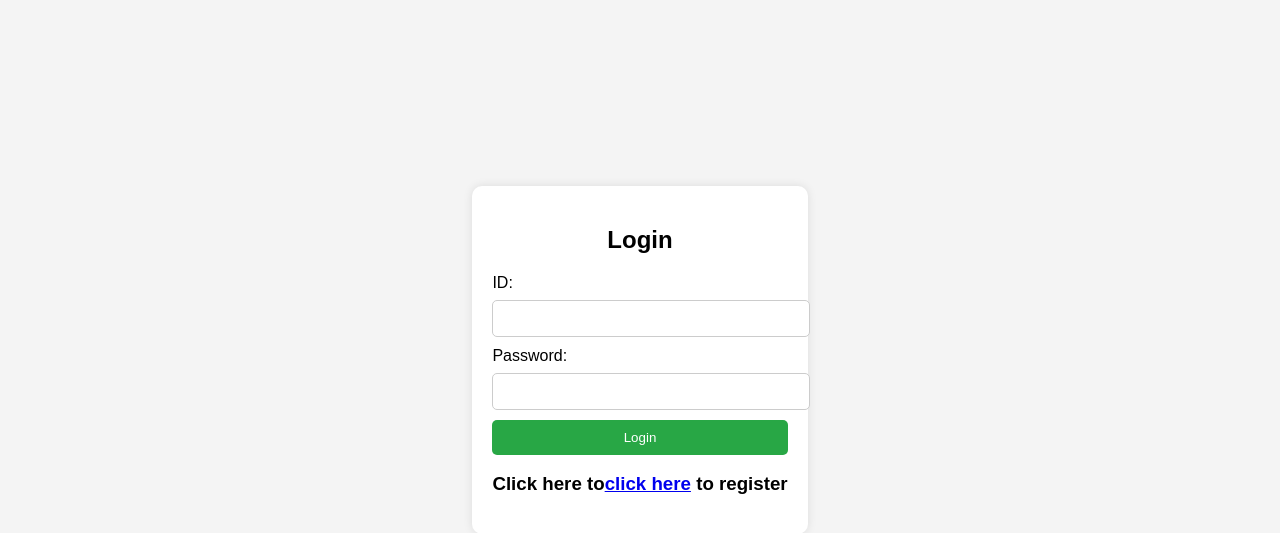
Repository: Madavahari/Servlets
Page: http://localhost/hms/login.jsp
An editor plug-in stored every save of this project. The page is shown before and after the next save, followed by the edit.
The browser window is 1280 px wide. The pictures show the whole page.
The page is served by Tomcat 9. Other server files are loaded and not shown.

Above is the page before, as saved 2024-10-17 12:48:19.

### servlets/hms/src/main/webapp/login.jsp
<%@ page language="java" contentType="text/html; charset=UTF-8"
    pageEncoding="UTF-8"%>
<!DOCTYPE html>
<html lang="en">
<head>
    <meta charset="UTF-8">
    <meta name="viewport" content="width=device-width, initial-scale=1.0">
    <title>Login Form</title>
    <style>
        body {
            font-family: Arial, sans-serif;
            background-color: #f4f4f4;
            display: flex;
            justify-content: center;
            align-items: center;
            height: 100vh;
            margin: 0;
        }
        .login-container {
            background-color: white;
            padding: 20px;
            border-radius: 10px;
            box-shadow: 0px 0px 10px rgba(0, 0, 0, 0.1);
        }
        .login-container h2 {
            text-align: center;
            margin-bottom: 20px;
        }
        .login-container label {
            display: block;
            margin-bottom: 8px;
        }
        .login-container input {
            width: 100%;
            padding: 10px;
            margin-bottom: 10px;
            border: 1px solid #ccc;
            border-radius: 5px;
        }
        .login-container button {
            width: 100%;
            padding: 10px;
            background-color: #28a745;
            color: white;
            border: none;
            border-radius: 5px;
            cursor: pointer;
        }
        .login-container button:hover {
            background-color: #218838;
        }
    </style>
</head>
<body>
    <div class="login-container">
        <h2>Login</h2>
        <form action="loginServlet" method="POST">
            <label for="id">ID:</label>
            <input type="text" id="id" name="id" required>

            <label for="password">Password:</label>
            <input type="password" id="password" name="password" required>

            <button type="submit">Login</button>
            <h3>Click here to<a href="reg.jsp">click here</a> to register</h3>
        </form>
    </div>
</body>
</html>

After the next save:
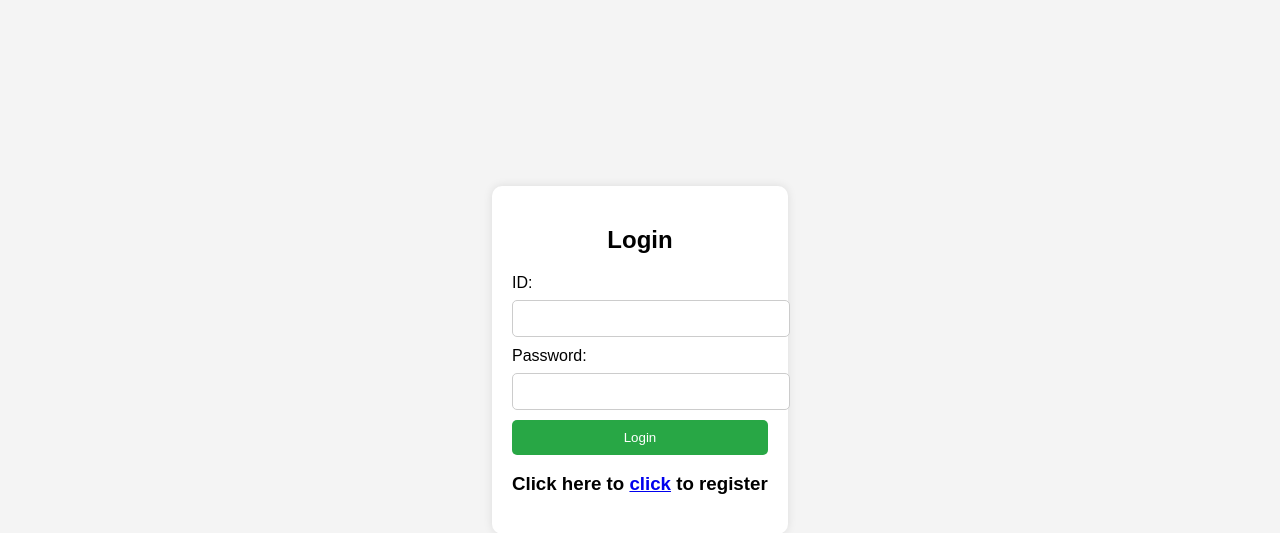
Saved 26 s later.
--- a/servlets/hms/src/main/webapp/login.jsp
+++ b/servlets/hms/src/main/webapp/login.jsp
@@ -62,7 +62,7 @@
             <input type="password" id="password" name="password" required>
 
             <button type="submit">Login</button>
-            <h3>Click here to<a href="reg.jsp">click here</a> to register</h3>
+            <h3>Click here to <a href="reg.jsp">click</a> to register</h3>
         </form>
     </div>
 </body>
